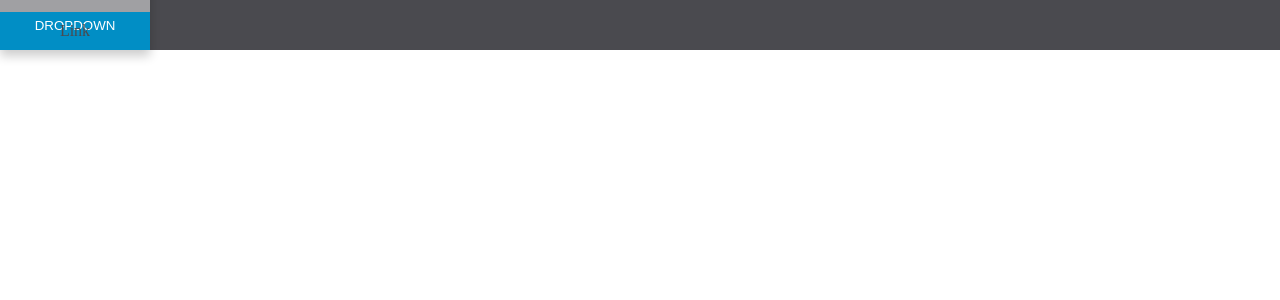
Repository: MariaPSegarra/Testing-Responsive
Page: index.html
The author's editor kept a record of every edit. The page is drawn from the files as they stood at one moment, then again after the next edit.
The browser window is 1280 px wide. The pictures show the whole page.
The pointer rests on the first visible `.dropdown`.

Above is the page before.

### index.html
<!DOCTYPE html>
<html lang="en">
<head>
    <meta charset="UTF-8">
    <meta name="viewport" content="width=device-width, initial-scale=1.0">
    <meta http-equiv="X-UA-Compatible" content="ie=edge">
<link rel="stylesheet" href="main.css" type="text/css" />
    <title>Document</title>
</head>
<body>
   <nav class="navDefault">
    <div class="dropdown">
    <button>Dropdown</button>
    <!-- ul.dropdownMenu>li.dropdownLink*4>a.dropdownlink{link} press Tab-->
        <ul class="dropdownMenu">
            <li class="dropdownItem"><a href="" class="dropdownLink">Link</a></li>
            <li class="dropdownItem"><a href="" class="dropdownLink">Link</a></li>
            <li class="dropdownItem"><a href="" class="dropdownLink">Link</a></li>
            <li class="dropdownItem"><a href="" class="dropdownLink">Link</a></li>
        </ul>
        </div>
     </nav>
</body>
</html>

### main.css
.navDefault {
    position: fixed;
    top: 0;
    left: 0;
    right: 0;
    background-color: #4a4a4f;
}

button {
    border: none;
    background-color: #0997d3;
    width: 150px;
    height: 50px;
    color: #fff;
    text-transform: uppercase;
    cursor: pointer;
}

.dropdownMenu{
    list-style: none;
    margin:0;
    padding: 0;
    position: absolute;
    left: 0;
    right: 0;
    top: 50px;
    width: 150px;
    text-align: center;
    box-shadow: 0px 6px 10px 0px rgba(0, 0, 0, 0.2);
    transform: translateY(-100%); /*It'll be hidden if you use a negative
    number -- we're going to translate on the y-axis only.
    We don't want to move it out along the x-axis.*/
}

.dropdownLink {
    text-decoration: none;
    display: block;
    background-color: f9f9f9;
    color: #4a4a4f;
    padding: 10px 5px;
    /*background color will take 0.5 of a second ease-in, ease-out,
    and the color change will take 0.5 of a second.*/
    transition: background-color .5s, ease-in-out, color .5s;
}

.dropdownLink:hover {
    color: #fff;
    background-color: #a0a0a3;
}

.dropdown {
    width: 150px;
    position: relative; /*so it will be relative
    to the fixed position of the button itself.*/
}

.dropdown:hover button {
    background-color: #018ec5;
}

After the next edit:
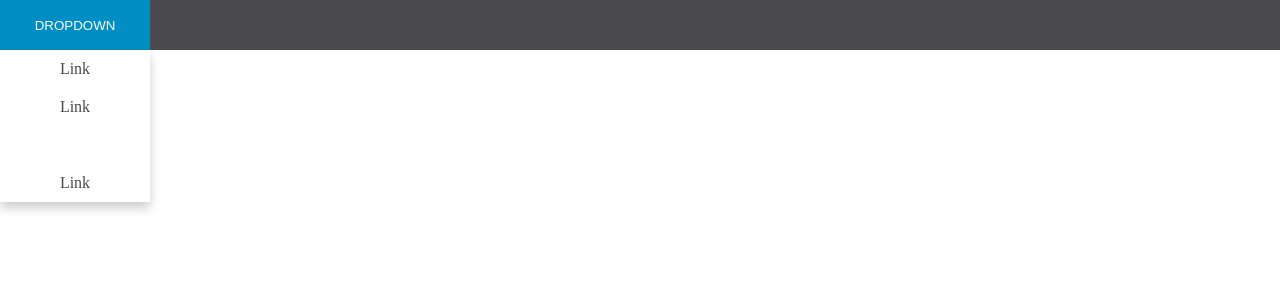
The edit:
--- a/main.css
+++ b/main.css
@@ -57,3 +57,7 @@
 .dropdown:hover button {
     background-color: #018ec5;
 }
+
+.dropdown:hover .dropdownMenu {
+    transform: translateY(0);
+}
